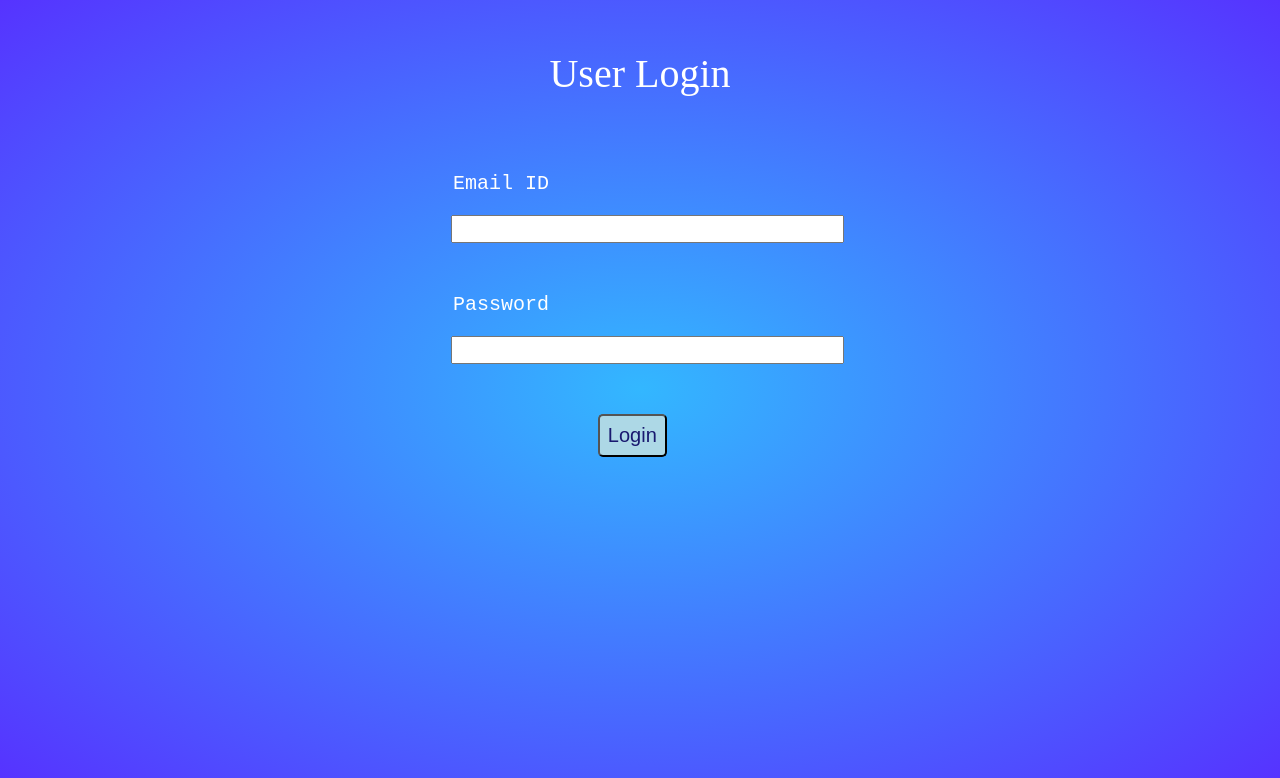
Repository: ShreyasG27/Amdocs-Training
Page: http://localhost/e-learning-frontend/loginuser.jsp
An editor plug-in stored every save of this project. The page is shown before and after the next save, followed by the edit.
The browser window is 1280 px wide. The pictures show the whole page.
The page is served by Tomcat 9. Other server files are loaded and not shown.

Above is the page before, as saved 2021-08-22 16:29:25.

### e-learning-frontend/src/main/webapp/loginuser.jsp
<%@ page language="java" contentType="text/html; charset=ISO-8859-1"
    pageEncoding="ISO-8859-1"%>
<!DOCTYPE html PUBLIC "-//W3C//DTD HTML 4.01 Transitional//EN" "http://www.w3.org/TR/html4/loose.dtd">
<html>
<head>
<meta http-equiv="Content-Type" content="text/html; charset=ISO-8859-1">
<title>User Login</title>
<style>
body{
	background-image: radial-gradient(#33B7FF,#5633ff);
	color: white;
	height: 100vh;
}
.heading{
font-size:40px;
margin-top: 50px;
}
.submitbutton{
	margin-left:465px;
	padding:8px;
	font-size:20px;
	color: midnightblue;
	background-color:lightblue;
	border-radius:5px;
	margin-top: 20px;
}
.submitbutton:hover{
	margin-left:465px;
	padding:8px;
	font-size:20px;
	color: midnightblue;
	background-color:cyan;
	border-radius:5px;
	margin-top: 20px;
}
.inputfld{
	margin-left: 435px;
	padding: 5px;
	broder-radius:10px;
	font-size:12px;
	width:30%;
}
.inputfld1{
	margin-left: 435px;
	padding: 5px;
	broder-radius:10px;
	font-size:12px;
	width:30%;
}

.txtfld{
	font-size:20px;
	margin-left:445px;
}
</style>
</head>
<body>
<center><p class="heading">User Login</p></center>

<form action="loginuser" method="POST">
    <pre>
    <p class="txtfld">Email ID</p> <input class="inputfld" type="email" name="email"><br>
   <p class="txtfld">Password</p> <input class="inputfld1" type="password" name="password"><br>

                <input class="submitbutton" type="submit" value="Login"><br>
    </pre>
</form>
</body>
</html>

After the next save:
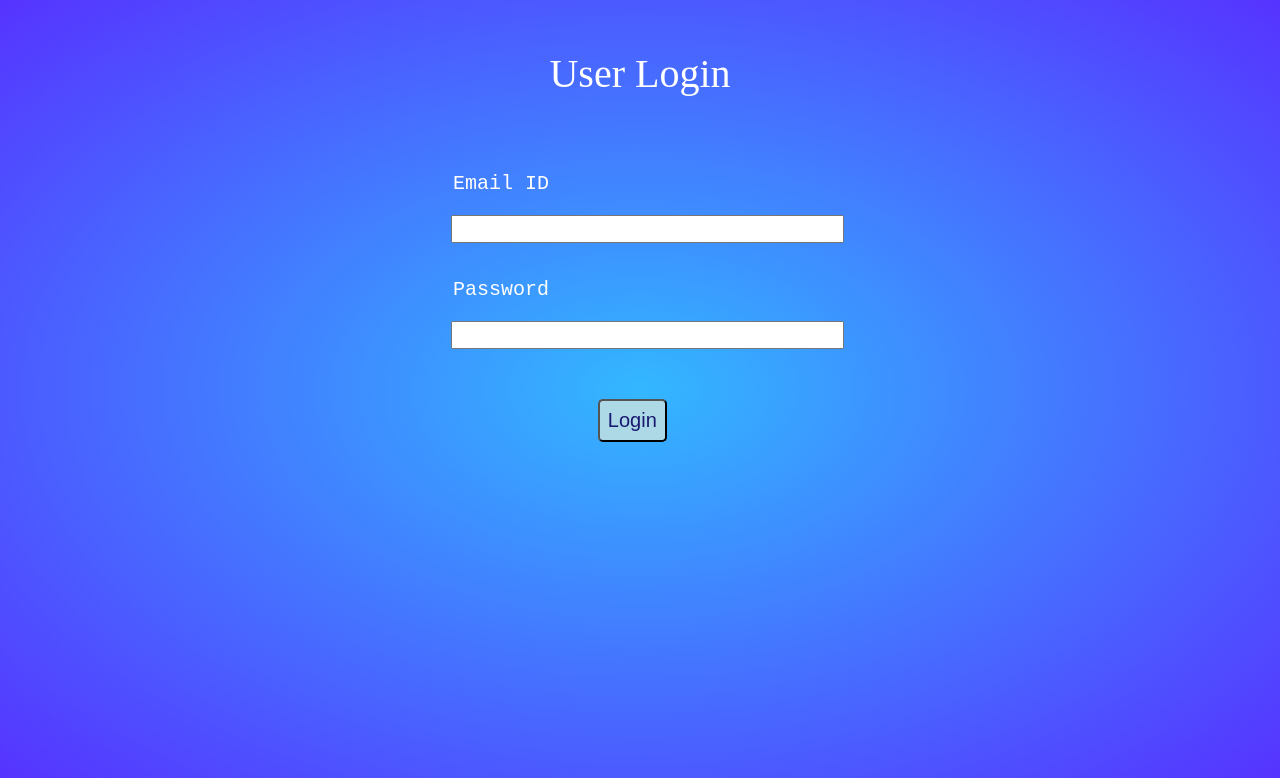
Saved 62 s later.
--- a/e-learning-frontend/src/main/webapp/loginuser.jsp
+++ b/e-learning-frontend/src/main/webapp/loginuser.jsp
@@ -59,7 +59,7 @@ margin-top: 50px;
 
 <form action="loginuser" method="POST">
     <pre>
-    <p class="txtfld">Email ID</p> <input class="inputfld" type="email" name="email"><br>
+    <p class="txtfld">Email ID</p> <input class="inputfld" type="email" name="email">
    <p class="txtfld">Password</p> <input class="inputfld1" type="password" name="password"><br>
 
                 <input class="submitbutton" type="submit" value="Login"><br>
